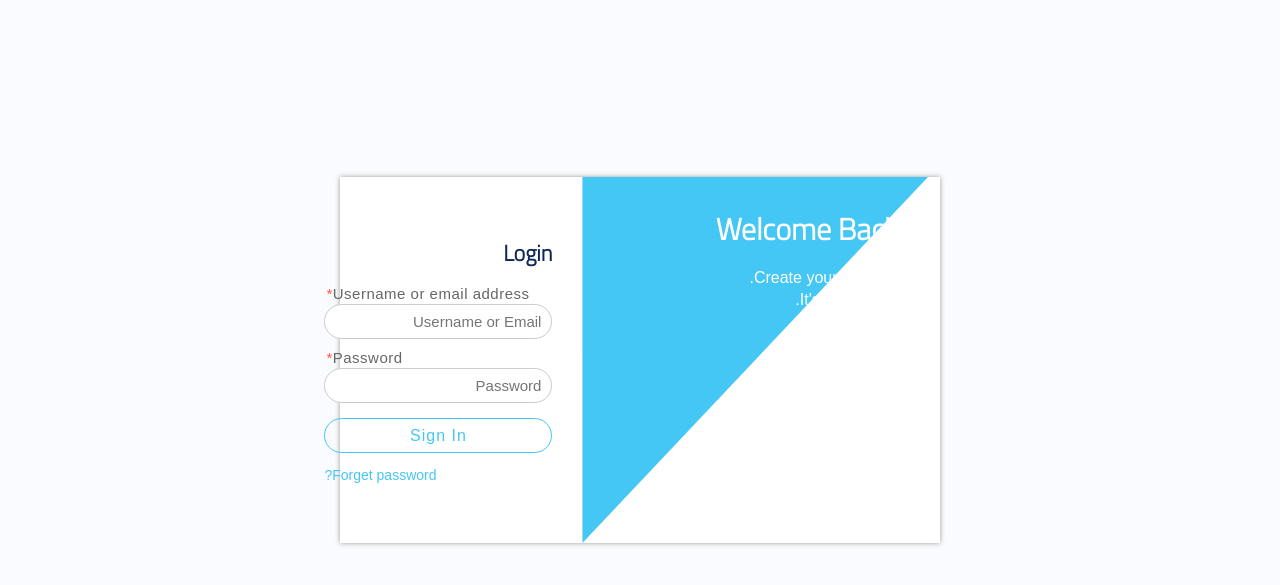
Repository: MohammedKhairi/dashboard-frontend
Page: login.html
An editor plug-in stored every save of this project. The page is shown before and after the next save, followed by the edit.
The browser window is 1280 px wide. The pictures show the whole page.

Above is the page before, as saved 2023-06-09 08:50:37.

### login.html
<!DOCTYPE html>
<html lang="ar" dir="rtl">

<head>
    <meta charset="UTF-8">
    <meta http-equiv="X-UA-Compatible" content="IE=edge">
    <meta name="viewport" content="width=device-width, initial-scale=1.0">
    <link rel="stylesheet" href="css/icon.css?">
    <link rel="stylesheet" href="css/common.css?">
    <link rel="stylesheet" href="css/style.css?">
    <script src="js/jquery.js"></script>
    <title>Dashboard</title>
</head>
<style>
/* General css */
*{
    box-sizing: border-box;
}
body{
    margin: 0;
    font-family: Arial, Helvetica, sans-serif;
    font-size: 16px;
    font-weight: 400;
    color: #666666;
    background: #eaeff4;
}

.wrapper{
    margin: 0 auto;
    width: 100%;
    max-width: 1140px;
    min-height: 100vh;
    display: flex;
    align-items: center;
    justify-content: center;
    flex-direction: column;
}

.container{
    position: relative;
    width: 100%;
    max-width: 600px;
    height: auto;
    display: flex;
    background: #ffffff;
    box-shadow: 0 0 5px #999999;
}
.login .col-left,
.login .col-right{
    padding: 30px;
    display: flex;
}
.login .col-left{
    width: 60%;
    clip-path: polygon(0 0, 0% 100%, 100% 0 );
    background: #44c7f5;
}
.login .col-right{
    padding: 60px 30px;
    width: 50%;
    margin-left: -10%;
}

@media(max-width: 575px){
    .login .container{
        flex-direction: column;
        box-shadow: none;
    }
    .login .col-left,
    .login .col-right{
     width: 100%;
     margin: 0;
     clip-path: none;
    }
    .login .col-right{
        padding: 30px;
    }


}


.login .login-text{
    position: relative;
    width: 100%;
    color: #ffffff;
}
.login .login-text h2{
    margin: 0 0 15px 0;
    font-size: 30px;
    font-weight: 700;
}
.login .login-text p{
    margin: 0 0 20px 0;
    font-size: 16px;
    font-weight: 500;
    line-height: 22px;
}

.login .login-text .btn{
    display: inline-block;
    padding: 7px 20px;
    font-size: 16px;
    letter-spacing: 1px;
    text-decoration: none;
    border-radius: 30px;
    color: #ffffff;
    outline: none;
    border: 1px solid #ffffff;
    box-shadow: inset 0 0 0 0 #ffffff;
    transition: .3s;
}
.login .login-text .btn:hover{
    color: #44c7f5;
    box-shadow: inset 150px 0 0 0  #ffffff;
}


.login .login-form{
    position: relative;
    width: 100%;
}
.login .login-form h2{
    margin: 0 0 15px 0;
    font-size: 22px;
    font-weight: 700;
}
.login .login-form p{
    margin: 0 0 10px 0;
    text-align: left;
    color: #666666;
    font-size: 15px;
}
.login .login-form p:last-child{
    margin: 0;
    padding-top: 3px;
}
.login .login-form p a{
    color: #44c7f5;
    font-size: 14px;
    text-decoration: none;
}
.login .login-form label {
    display: block;
    width: 100%;
    margin-bottom: 2px;
    letter-spacing: .5px;
}
.login .login-form p:last-child label{
    width: 60%;
    float: left;
}
.login .login-form label span{
    color: #ff574e;
    padding-left: 2px;
}
.login .login-form input{
    display: block;
    width: 100%;
    height: 35px;
    padding: 0 10px;
    outline: none;
    border: 1px solid #cccccc;
    border-radius: 30px;
}
.login .login-form input:focus{
    border-color: #ff574e;
}
.login .login-form button,
.login .login-form input[type=submit] {
    display: inline-block;
    width: 100%;
    margin-top: 5px;
    color: #44c7f5;
    font-size: 16px;
    letter-spacing: 1px;
    cursor: pointer;
    background: transparent;
    border: 1px solid #44c7f5;
    border-radius: 30px;
    box-shadow: inset 0 0 0 0 #44c7f5;
    transition: .3s;
}
.login .login-form button:hover,
.login .login-form input[type=submit]:hover{
    color: #ffffff;
    box-shadow: inset 250px 0 0 0 #44c7f5;
}

</style>

<body>
<div class="wrapper login">
    <div class="container">
        <div class="col-left">
            <div class="login-text">
                <h2>Welcome Back</h2>
                <p>Create your account.<br>It's totally free.</p>
                <a href="" class="btn">Sign Up</a>
            </div>
        </div>

        <div class="col-right">
            <div class="login-form">
                <h2>Login</h2>
                <form action="">
                    <p>
                        <label>Username or email address<span>*</span></label>
                        <input type="text" placeholder="Username or Email" required>
                    </p>
                    <p>
                        <label>Password<span>*</span></label>
                        <input type="password" placeholder="Password" required>
                    </p>
                    <p>
                        <input type="submit" value="Sign In">
                    </p>
                    <p>
                        <a href="">Forget password?</a>
                    </p>

                </form>
            </div>
        </div>

    </div>
</div>
</body>
</html>

### css/icon.css
@font-face {
  font-family: 'icomoon';
  src:  url('icon-font/icomoon.eot?mvm1uh');
  src:  url('icon-font/icomoon.eot?mvm1uh#iefix') format('embedded-opentype'),
    url('icon-font/icomoon.ttf?mvm1uh') format('truetype'),
    url('icon-font/icomoon.woff?mvm1uh') format('woff'),
    url('icon-font/icomoon.svg?mvm1uh#icomoon') format('svg');
  font-weight: normal;
  font-style: normal;
  font-display: block;
}

[class^="icon-"], [class*=" icon-"] {
  /* use !important to prevent issues with browser extensions that change fonts */
  font-family: 'icomoon' !important;
  speak: never;
  font-style: normal;
  font-weight: normal;
  font-variant: normal;
  text-transform: none;
  line-height: 1;

  /* Enable Ligatures ================ */
  letter-spacing: 0;
  -webkit-font-feature-settings: "liga";
  -moz-font-feature-settings: "liga=1";
  -moz-font-feature-settings: "liga";
  -ms-font-feature-settings: "liga" 1;
  font-feature-settings: "liga";
  -webkit-font-variant-ligatures: discretionary-ligatures;
  font-variant-ligatures: discretionary-ligatures;

  /* Better Font Rendering =========== */
  -webkit-font-smoothing: antialiased;
  -moz-osx-font-smoothing: grayscale;
}

.icon-strikethrough:before {
  content: "\e901";
}
.icon-unlink:before {
  content: "\e903";
}
.icon-notification---Copy:before {
  content: "\e900";
}
.icon-home3:before {
  content: "\e902";
}
.icon-pencil:before {
  content: "\e905";
}
.icon-image:before {
  content: "\e90d";
}
.icon-connection:before {
  content: "\e91b";
}
.icon-mic:before {
  content: "\e91e";
}
.icon-book:before {
  content: "\e91f";
}
.icon-folder:before {
  content: "\e92f";
}
.icon-folder-open:before {
  content: "\e930";
}
.icon-folder-plus:before {
  content: "\e931";
}
.icon-barcode:before {
  content: "\e937";
}
.icon-qrcode:before {
  content: "\e938";
}
.icon-cart:before {
  content: "\e93a";
}
.icon-phone:before {
  content: "\e942";
}
.icon-envelop:before {
  content: "\e945";
}
.icon-location:before {
  content: "\e947";
}
.icon-clock:before {
  content: "\e94e";
}
.icon-alarm:before {
  content: "\e950";
}
.icon-undo2:before {
  content: "\e967";
}
.icon-redo2:before {
  content: "\e968";
}
.icon-bubble2:before {
  content: "\e96e";
}
.icon-user:before {
  content: "\e971";
}
.icon-users:before {
  content: "\e972";
}
.icon-user-plus:before {
  content: "\e973";
}
.icon-user-minus:before {
  content: "\e974";
}
.icon-user-check:before {
  content: "\e975";
}
.icon-search:before {
  content: "\e986";
}
.icon-enlarge:before {
  content: "\e989";
}
.icon-lock:before {
  content: "\e98f";
}
.icon-cog:before {
  content: "\e994";
}
.icon-aid-kit:before {
  content: "\e998";
}
.icon-bin2:before {
  content: "\e9ad";
}
.icon-briefcase:before {
  content: "\e9ae";
}
.icon-airplane:before {
  content: "\e9af";
}
.icon-switch:before {
  content: "\e9b6";
}
.icon-list-numbered:before {
  content: "\e9b9";
}
.icon-list:before {
  content: "\e9ba";
}
.icon-list2:before {
  content: "\e9bb";
}
.icon-menu:before {
  content: "\e9bd";
}
.icon-download3:before {
  content: "\e9c7";
}
.icon-sphere:before {
  content: "\e9c9";
}
.icon-attachment:before {
  content: "\e9cd";
}
.icon-eye:before {
  content: "\e9ce";
}
.icon-eye-blocked:before {
  content: "\e9d1";
}
.icon-sun:before {
  content: "\e9d4";
}
.icon-star-empty:before {
  content: "\e9d7";
}
.icon-star-full:before {
  content: "\e9d9";
}
.icon-heart:before {
  content: "\e9da";
}
.icon-warning:before {
  content: "\ea07";
}
.icon-notification:before {
  content: "\ea08";
}
.icon-plus:before {
  content: "\ea0a";
}
.icon-minus:before {
  content: "\ea0b";
}
.icon-cancel-circle:before {
  content: "\ea0d";
}
.icon-checkmark:before {
  content: "\ea10";
}
.icon-play2:before {
  content: "\ea15";
}
.icon-text-height:before {
  content: "\ea5f";
}
.icon-bold:before {
  content: "\ea62";
}
.icon-underline:before {
  content: "\ea63";
}
.icon-italic:before {
  content: "\ea64";
}
.icon-table2:before {
  content: "\ea71";
}
.icon-paragraph-left:before {
  content: "\ea77";
}
.icon-paragraph-center:before {
  content: "\ea78";
}
.icon-paragraph-right:before {
  content: "\ea79";
}
.icon-paragraph-justify:before {
  content: "\ea7a";
}
.icon-indent-increase:before {
  content: "\ea7b";
}
.icon-indent-decrease:before {
  content: "\ea7c";
}
.icon-embed2:before {
  content: "\ea80";
}
.icon-share2:before {
  content: "\ea82";
}
.icon-google:before {
  content: "\ea88";
}
.icon-facebook:before {
  content: "\ea90";
}
.icon-instagram:before {
  content: "\ea92";
}
.icon-whatsapp:before {
  content: "\ea93";
}
.icon-telegram:before {
  content: "\ea95";
}
.icon-twitter:before {
  content: "\ea96";
}
.icon-youtube:before {
  content: "\ea9d";
}
.icon-github:before {
  content: "\eab0";
}
.icon-tumblr:before {
  content: "\eab9";
}
.icon-appleinc:before {
  content: "\eabe";
}
.icon-android:before {
  content: "\eac0";
}
.icon-windows8:before {
  content: "\eac2";
}
.icon-linkedin2:before {
  content: "\eaca";
}

Loaded but not shown: css/common.css (library); js/jquery.js (library); css/style.css (1112 lines, source omitted)

After the next save:
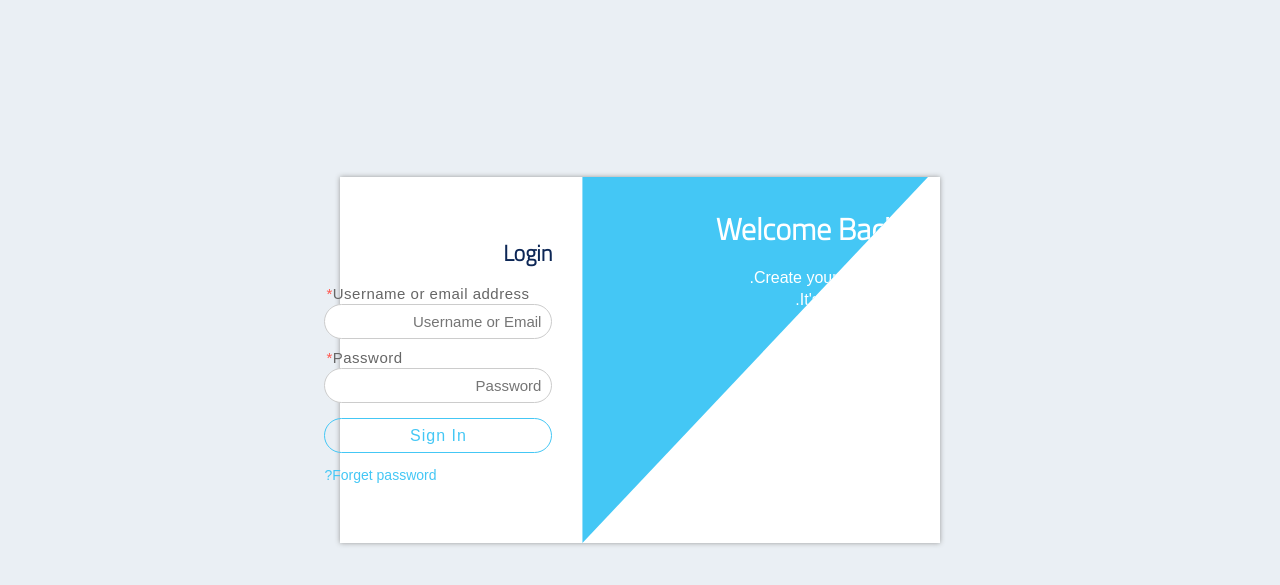
Saved 19 s later.
--- a/login.html
+++ b/login.html
@@ -7,7 +7,7 @@
     <meta name="viewport" content="width=device-width, initial-scale=1.0">
     <link rel="stylesheet" href="css/icon.css?">
     <link rel="stylesheet" href="css/common.css?">
-    <link rel="stylesheet" href="css/style.css?">
+    <!-- <link rel="stylesheet" href="css/style.css?"> -->
     <script src="js/jquery.js"></script>
     <title>Dashboard</title>
 </head>
